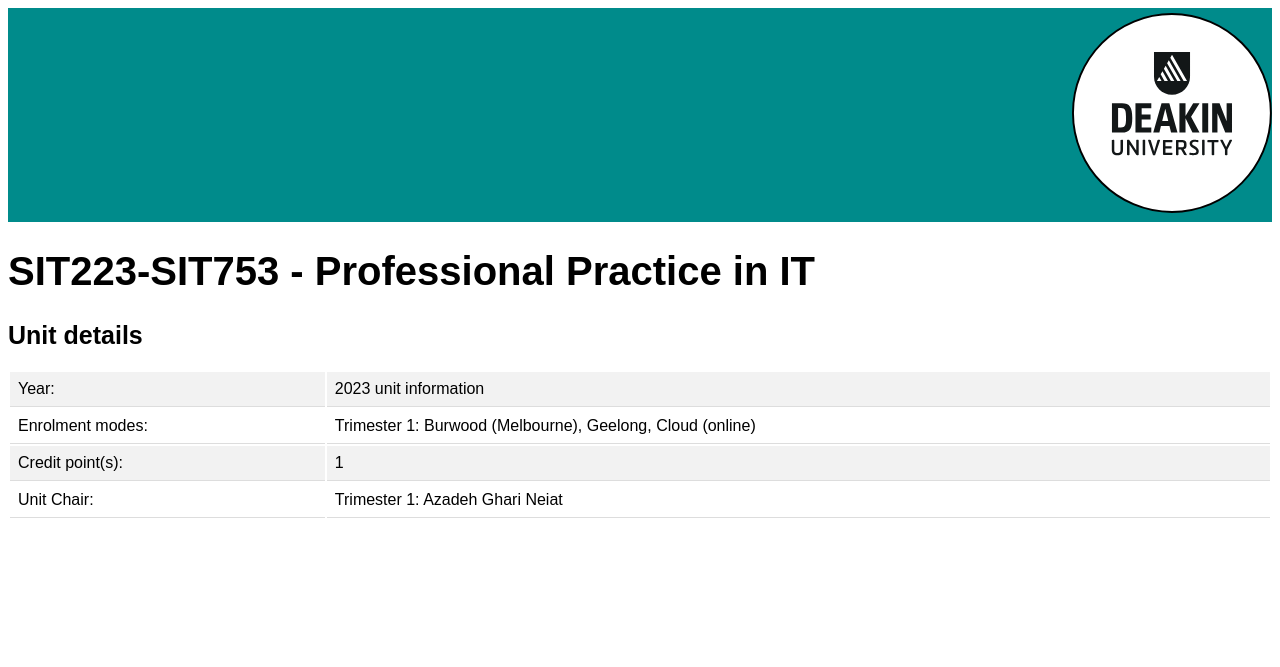
Repository: tricloud360/Deakin-Unit-Page
Page: index.html
An editor plug-in stored every save of this project. The page is shown before and after the next save, followed by the edit.
The browser window is 1280 px wide. The pictures show the whole page.

Above is the page before, as saved 2024-08-29 22:23:44.

After the next save:
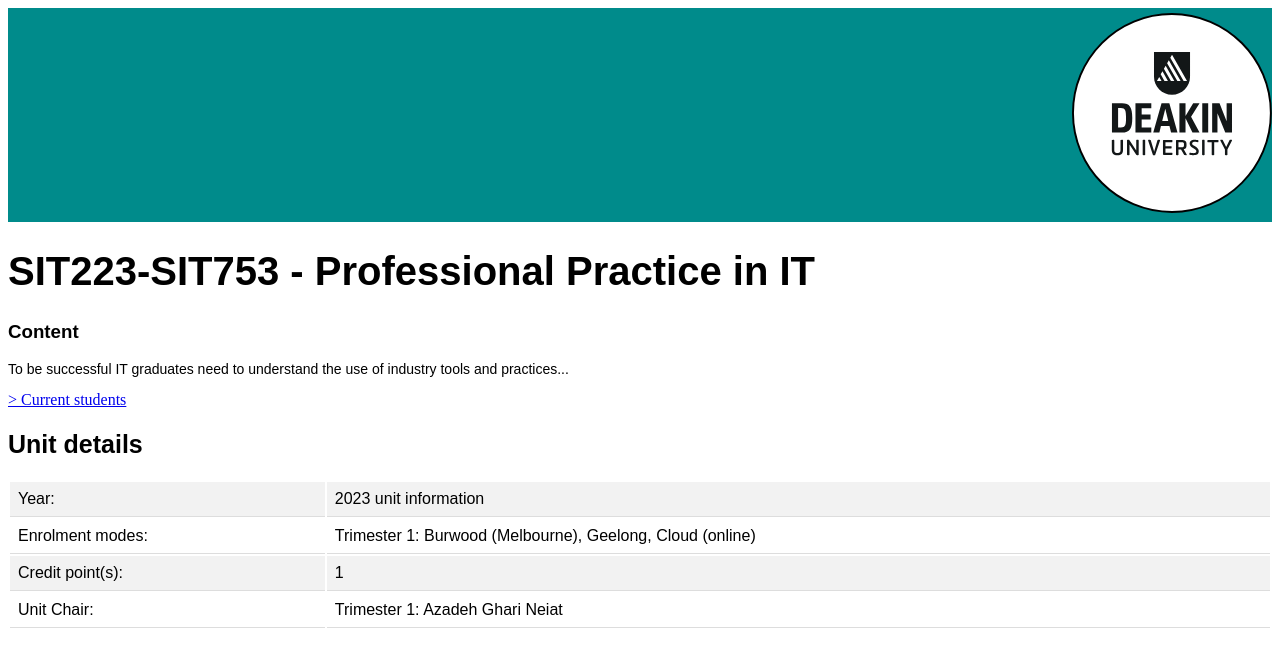
Saved 3 min 35 s later.
--- a/index.html
+++ b/index.html
@@ -9,6 +9,15 @@
       <img src="logo.svg" alt="Deakin" width="200" height="210" />
     </div>
     <h1>SIT223-SIT753 - Professional Practice in IT</h1>
+    <h3>Content</h3>
+    <p>
+      To be successful IT graduates need to understand the use of industry tools
+      and practices...
+    </p>
+    <a href="https://www.deakin.edu.au/students/enrolment-and-fees/fees">
+      > Current students</a
+    >
+
     <h2>Unit details</h2>
     <table style="width: 100%">
       <tr>
